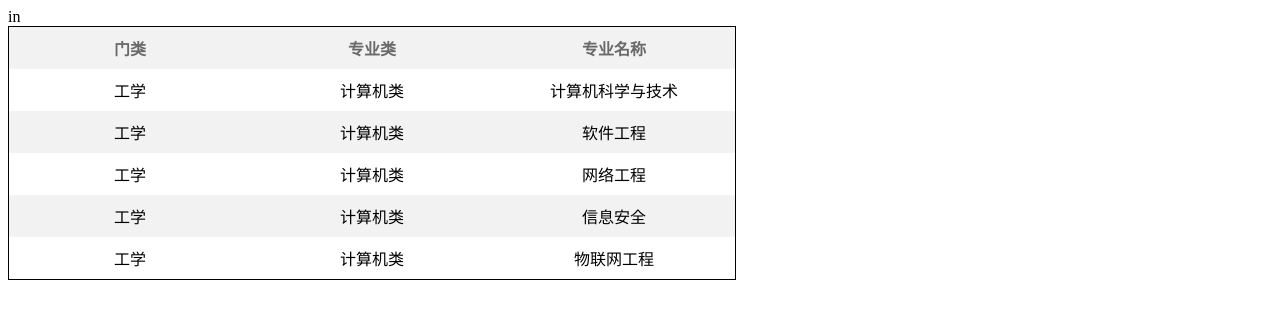
Repository: akaCSDN/test
Page: 2.1.1关注专业.html
The author's editor kept a copy of each file at every save. The page is drawn from the files as they stood at one save, then again after a run of saves.
The browser window is 1280 px wide. The pictures show the whole page.

Above is the page before, as saved 2022-12-03 22:38:20.

### 2.1.1关注专业.html
<!DOCTYPE html>
<html lang="en">
<head>
    <meta charset="UTF-8">
    <meta http-equiv="X-UA-Compatible" content="IE=edge">
    <meta name="viewport" content="width=device-width, initial-scale=1.0">
    <title>Document</title>
    <style type="text/css">
        table{
            border: 1px solid black;
        }
        table th,td{
            /* border: 1px solid black; */
            width: 240px;
            height: 40px;
            text-align: center;
        }
        table tr:nth-child(odd){
            background-color: rgba(167, 167, 167, 0.147);
        }


    </style>
</head>
<body>
    <form action="">
        in
    </form>
    <table cellspacing="0" id="table_All">
        <tr style="color: rgb(105, 105, 105);">
            <th>门类</th>
            <th>专业类</th>
            <th>专业名称</th>
        </tr>
        <tr>
            <td>工学</td>
            <td>计算机类</td>
            <td>计算机科学与技术</td>
        </tr>
        <tr>
            <td>工学</td>
            <td>计算机类</td>
            <td>软件工程</td>
        </tr>
        <tr>
            <td>工学</td>
            <td>计算机类</td>
            <td>网络工程</td>
        </tr>
        <tr>
            <td>工学</td>
            <td>计算机类</td>
            <td>信息安全</td>
        </tr>
        <tr>
            <td>工学</td>
            <td>计算机类</td>
            <td>物联网工程</td>
        </tr>



    </table>
</body>
</html>

After the next 4 saves:
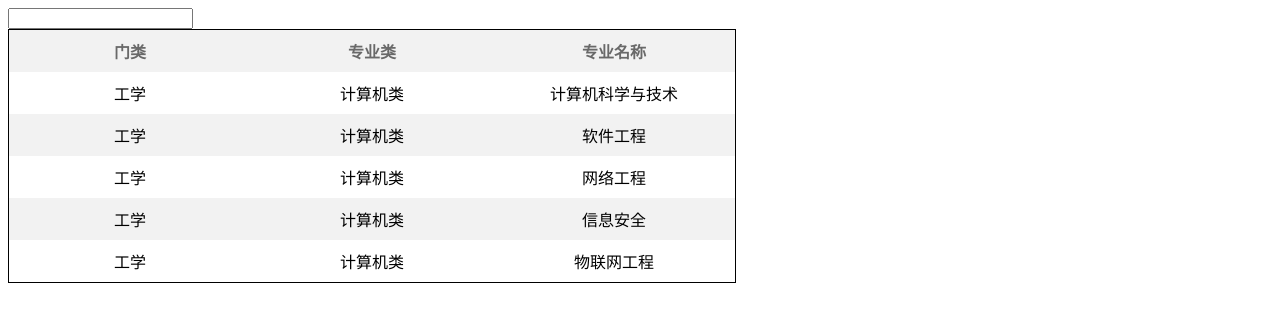
The 4 saves are shown as one change because they came seconds apart.
The last was saved 8 s later.
--- a/2.1.1关注专业.html
+++ b/2.1.1关注专业.html
@@ -24,7 +24,7 @@
 </head>
 <body>
     <form action="">
-        in
+        <input type="">
     </form>
     <table cellspacing="0" id="table_All">
         <tr style="color: rgb(105, 105, 105);">
